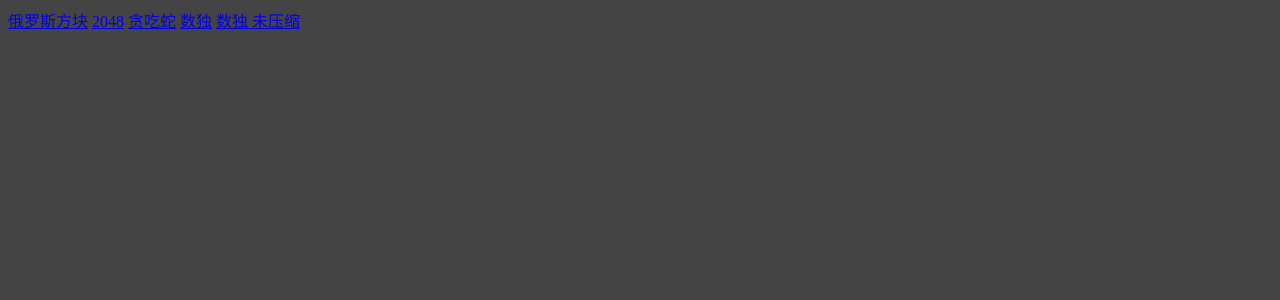
Repository: yangtengxiang/get_test
Page: game/H5/index.html
These files come from the project's save history. The page is drawn as it stood at one moment and after the next save; the edit follows.
The browser window is 1280 px wide. The pictures show the whole page.

Above is the page before, as saved 2020-04-29 17:23:16.

After the next save:
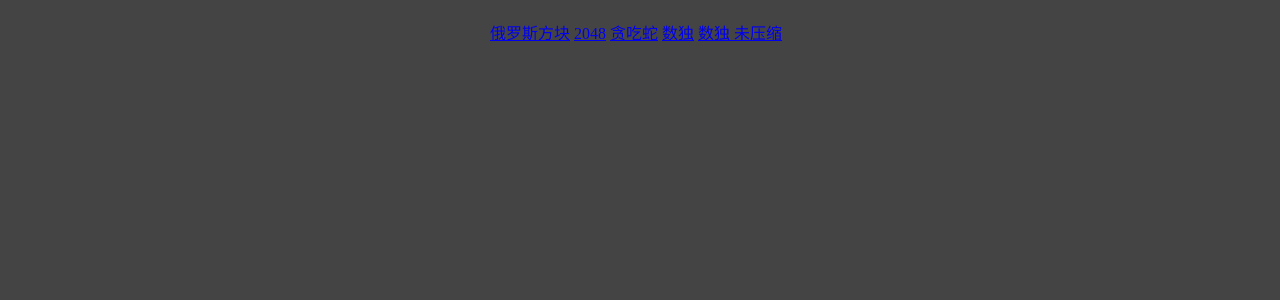
Saved 13 min 10 s later.
--- a/game/H5/index.html
+++ b/game/H5/index.html
@@ -10,6 +10,10 @@
 	<style>
 		body{
 			background: #444;
+		}
+		.link-box{
+			width: 300px;
+			margin: 20px auto;
 		}
 	</style>
 </head>
